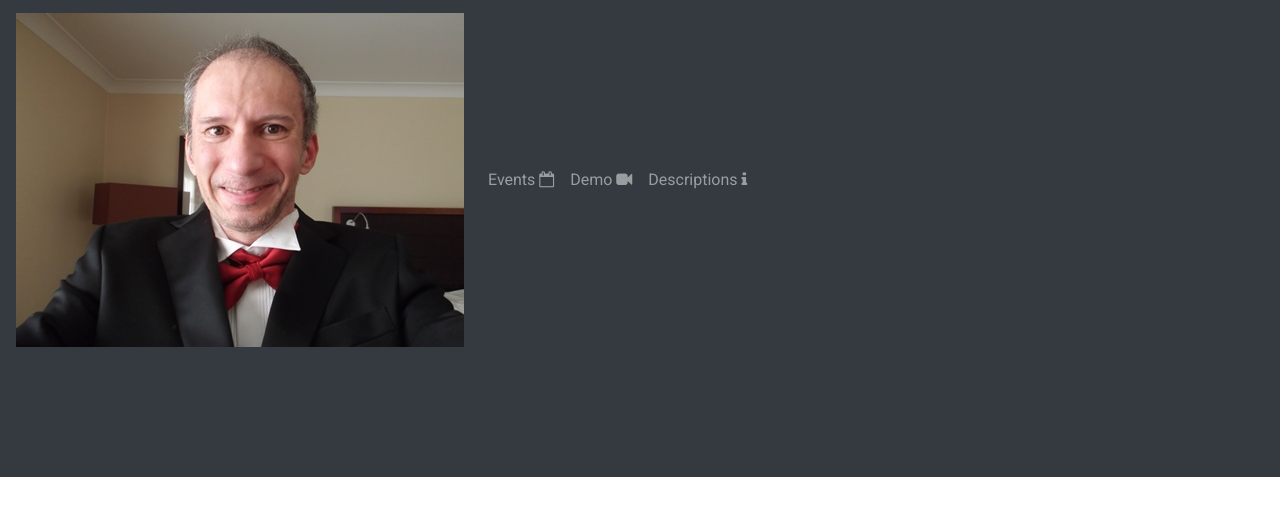
Repository: derektypist/product-landing-page
Page: index.html
The author's editor kept a record of every edit. The page is drawn from the files as they stood at one moment, then again after the next edit.
The browser window is 1280 px wide. The pictures show the whole page.

Above is the page before.

After the next edit:
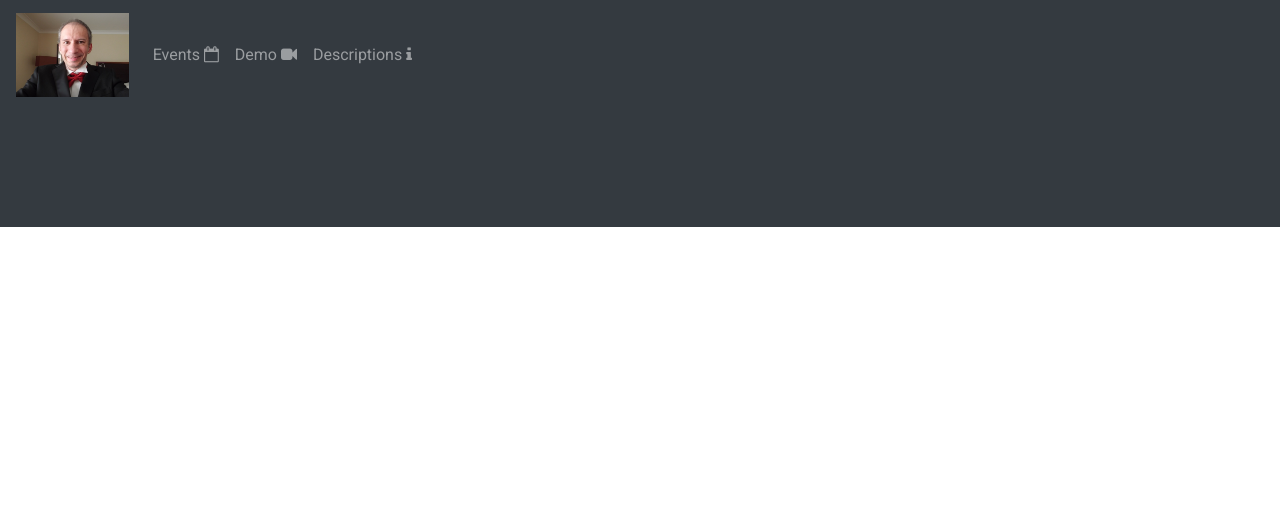
The edit:
--- a/index.html
+++ b/index.html
@@ -18,7 +18,7 @@
         }
 
         #header-img {
-            min-height: 84px;
+            max-height: 84px;
         }
 
         #nav-bar {
